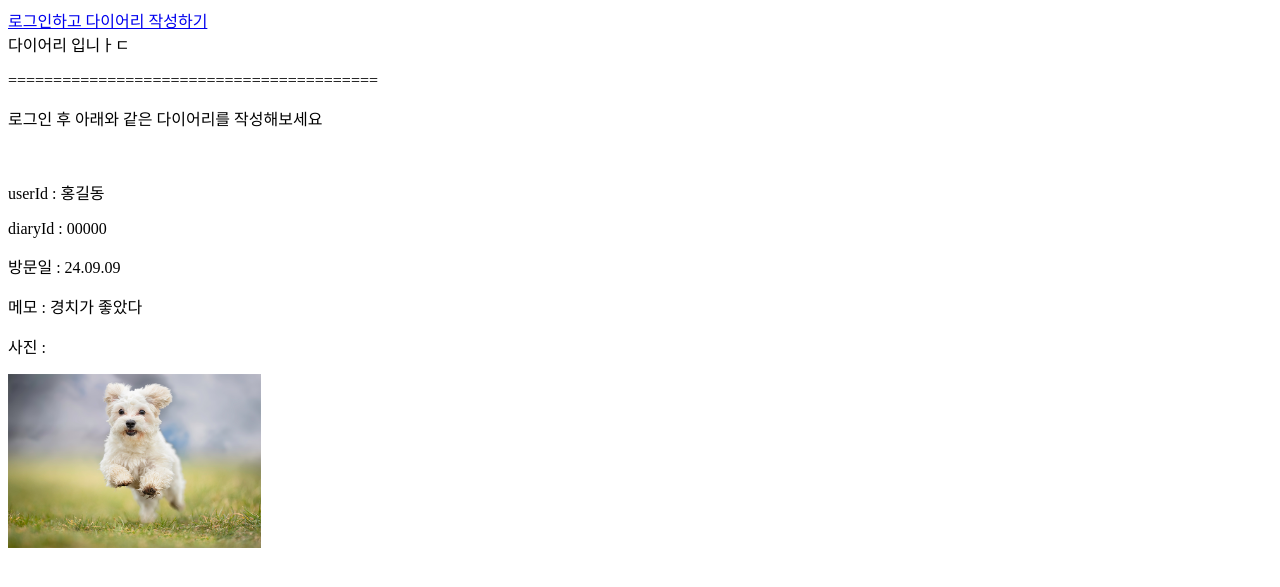
Repository: ezooo/testpj
Page: http://localhost/howwwAbout/WEB-INF/views/diary_beforeLogin.jsp
An editor plug-in stored every save of this project. The page is shown before and after the next save, followed by the edit.
The browser window is 1280 px wide. The pictures show the whole page.
The page is served by Tomcat 9. Nobody is signed in. The template is opened directly, without the code that normally fills it, so the values that code supplies are empty.

Above is the page before, as saved 2024-12-04 00:43:48.

After the next save:
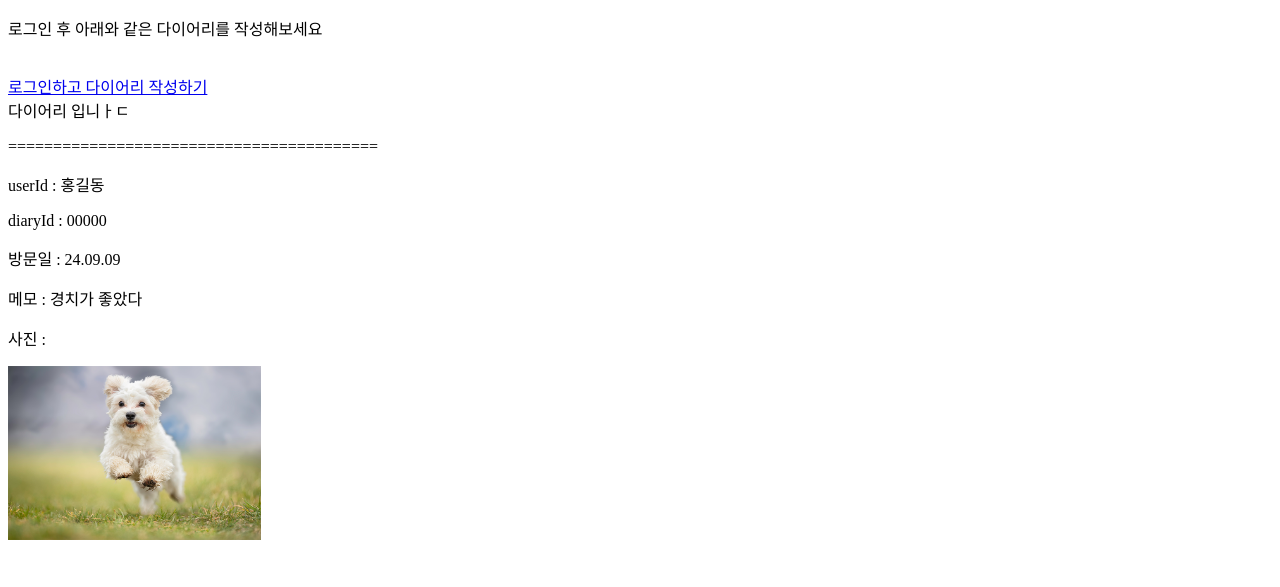
Saved 2 min 5 s later.
--- a/howwwAbout/src/main/webapp/WEB-INF/views/diary_beforeLogin.jsp
+++ b/howwwAbout/src/main/webapp/WEB-INF/views/diary_beforeLogin.jsp
@@ -7,17 +7,15 @@
 <title>로그인 안한 상태 다이어리</title>
 </head>
 <body>
+<p> 로그인 후 아래와 같은 다이어리를 작성해보세요 </p> <br>
 <a href="login">로그인하고 다이어리 작성하기</a> <br>
 다이어리 입니ㅏㄷ
 	<p>========================================= </p>
-	<p> 로그인 후 아래와 같은 다이어리를 작성해보세요 </p> <br>
 	<p>userId : 홍길동 </p>
 	<p>diaryId : 00000 </p>
 	<p>방문일 : 24.09.09 </p>
 	<p>메모 : 경치가 좋았다 </p>
 	<p>사진 : </p><img src="/howAbout/resources/images/dog.png" style="width: 20%" />
 	<br>
-
-
 </body>
 </html>
